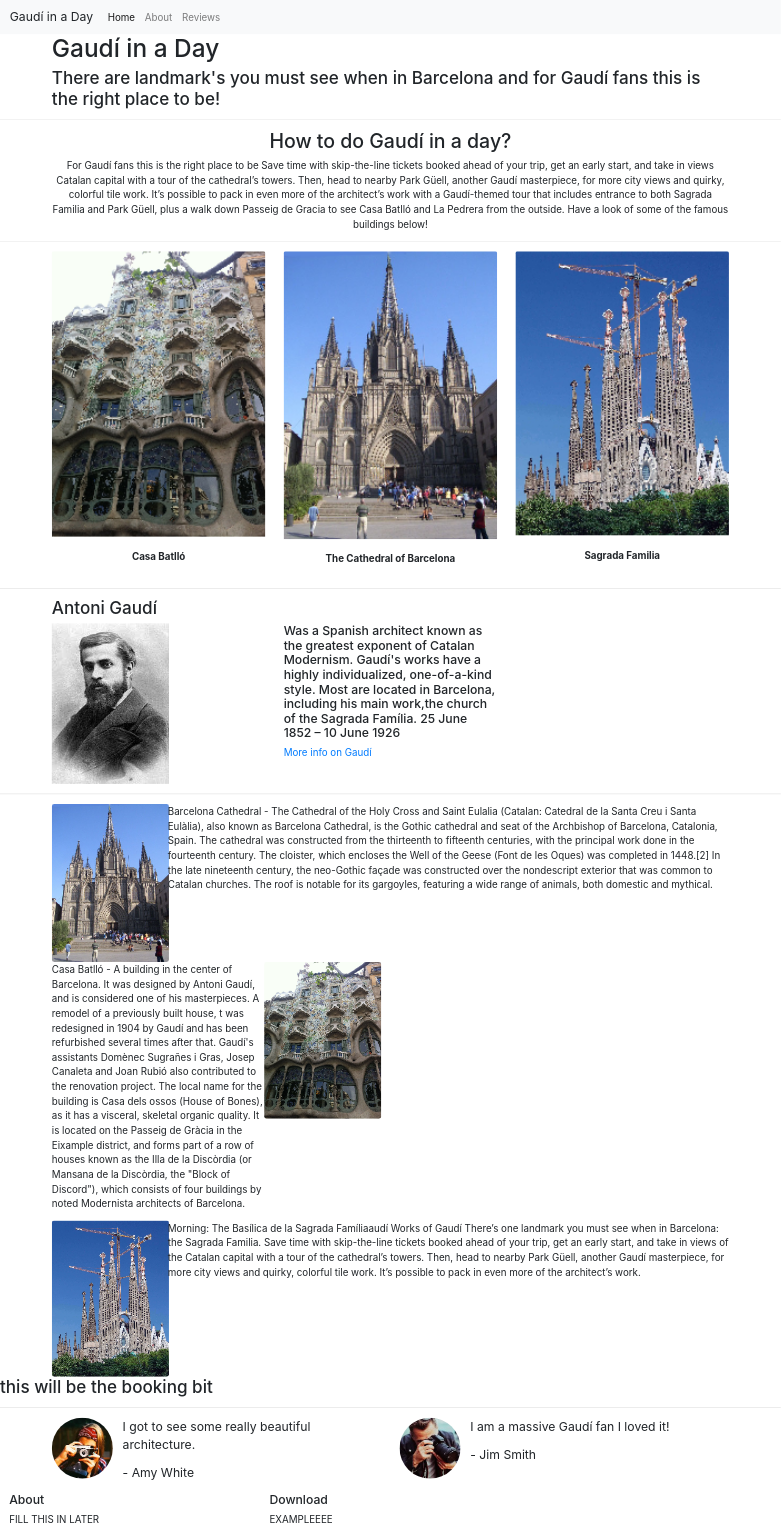
Repository: Taitdanielle/Milestone1
Page: index.html
The author's editor kept a record of every edit. The page is drawn from the files as they stood at one moment, then again after the next edit.
The browser window is 1280 px wide. The pictures show the whole page, at 61% of full size.

Above is the page before.

### index.html
<!DOCTYPE html>
<html lang="en">

<head>
    <title>Gaudí in a day!</title>
    <meta charset="UTF-8">
    <meta name="viewport" content="width=device-width, initial-scale=1.0">
    <meta http-equiv="X-UA-Compatible" content="ie=edge">
    <link href="https://fonts.googleapis.com/css?family=Lato&display=swap" rel="stylesheet">
    <link rel="stylesheet" href="https://stackpath.bootstrapcdn.com/bootstrap/4.3.1/css/bootstrap.min.css" integrity="sha384-ggOyR0iXCbMQv3Xipma34MD+dH/1fQ784/j6cY/iJTQUOhcWr7x9JvoRxT2MZw1T" crossorigin="anonymous">
    <link rel="stylesheet" href="css/style.css" type="text/css" />
</head>

<body>

    <!-- nav -->

    <nav class="navbar navbar-expand-lg navbar-light bg-light">
        <a class="navbar-brand">Gaudí in a Day</a>
        <button class="navbar-toggler" type="button" data-toggle="collapse" data-target="#navbarNavDropdown" aria-controls="navbarNavDropdown" aria-expanded="false" aria-label="Toggle navigation">
    <span class="navbar-toggler-icon"></span>
  </button>
        <div class="collapse navbar-collapse" id="navbarNavDropdown">
            <ul class="navbar-nav">
                <li class="nav-item active">
                    <a class="nav-link" href="#">Home <span class="sr-only">(current)</span></a>
                </li>
                <li class="nav-item">
                    <a class="nav-link" href="#about">About</a>
                </li>
                <li class="nav-item">
                    <a class="nav-link" href="#review">Reviews</a>
                </li>
                </li>
            </ul>
        </div>
    </nav>
    <!-- nav -->

    <div class="container">
        <h1>Gaudí in a Day</h1>
        <h3>There are landmark's you must see when in Barcelona and for Gaudí fans this is the right place to be!</h3>
    </div>

    <hr class="block-divider block-divider--short">

    <div class="container text-center">
        <h2> How to do Gaudí in a day?</h2>
        <p> For Gaudí fans this is the right place to be Save time with skip-the-line tickets booked ahead of your trip, get an early start, and take in views Catalan capital with a tour of the cathedral’s towers. Then, head to nearby Park Güell, another
            Gaudí masterpiece, for more city views and quirky, colorful tile work. It’s possible to pack in even more of the architect’s work with a Gaudí-themed tour that includes entrance to both Sagrada Familia and Park Güell, plus a walk down Passeig
            de Gracia to see Casa Batlló and La Pedrera from the outside. Have a look of some of the famous buildings below! </p>
    </div>
    <hr class="block-divider block-divider--short">
    <!-- image cards -->

    <div class="container">
        <div class="row">
            <div class="col-md-4">
                <div class="card-class">
                    <a href="#card1">
                    <img src="images/gaudi2.jpg" class="card-img-top" alt="Casa Battlo Building"></a>
                    <div class="card-body">
                        <p class="card-text text-center"> <b>Casa Batlló</b></p>
                    </div>
                </div>
            </div>

            <div class="col-md-4">
                <div class="card-class">
                    <a href="#card2">
                    <img src="images/Sta-eulalia.jpg" class="card-img-top" alt="The Cathedral of Barcelona"></a>
                    <div class="card-body">
                        <p class="card-text text-center"> <b>The Cathedral of Barcelona</b></p>
                    </div>
                </div>
            </div>

            <div class="col-md-4">
                <div class="card-class">
                    <a href="#card3">
                    <img src="images/sagrada-familia.jpg" class="card-img-top" alt="sagrada familia"></a>
                    <div class="card-body">
                        <p class="card-text text-center"><b>Sagrada Familia</b>
                        </p>
                    </div>
                </div>
            </div>
        </div>
    </div>
    <!-- Gaudi info -->
    <hr class="block-divider block-divider--short">
    <div class="container">
        <div class="row">
            <div class="col-md-12 title-heading-conatainer">
                <h3>Antoni Gaudí </h3>
            </div>
            <div class="col-md-4" id="about">
                <img src="images/gaudi.jpg">
            </div>
            <div class="col-md-4" "text-center">
                <h5>Was a Spanish architect known as the greatest exponent of Catalan Modernism. Gaudí's works have a highly individualized, one-of-a-kind style. Most are located in Barcelona, including his main work,the church of the Sagrada Família. 25
                    June 1852 – 10 June 1926 </h5>
                <a href="https://en.wikipedia.org/wiki/Antoni_Gaud%C3%AD" target="_blank">More info on Gaudí</a>
            </div>
        </div>
    </div>
    <hr class="block-divider block-divider--short">
    <!-- Gaudi info End -->

    <!-- image info -->

    <div class="container">
        <div class="row">
            <div class="col-md-2">
                <img src="images/Sta-eulalia.jpg" class="rounded float-left" alt="barrigotic building"></a>
            </div>
            <div class="col-md-10" id="card2">
                <p class="par-padding-left">Barcelona Cathedral - The Cathedral of the Holy Cross and Saint Eulalia (Catalan: Catedral de la Santa Creu i Santa Eulàlia), also known as Barcelona Cathedral, is the Gothic cathedral and seat of the Archbishop of Barcelona, Catalonia,
                    Spain. The cathedral was constructed from the thirteenth to fifteenth centuries, with the principal work done in the fourteenth century. The cloister, which encloses the Well of the Geese (Font de les Oques) was completed in 1448.[2]
                    In the late nineteenth century, the neo-Gothic façade was constructed over the nondescript exterior that was common to Catalan churches. The roof is notable for its gargoyles, featuring a wide range of animals, both domestic and mythical.
                </p>
            </div>
        </div>
    </div>

    <div class="container">
        <div class="row">
            <div class="col-md-4">
                <p class="par-padding-right" id="card1"> Casa Batlló - A building in the center of Barcelona. It was designed by Antoni Gaudí, and is considered one of his masterpieces. A remodel of a previously built house, t was redesigned in 1904 by Gaudí and has been refurbished several
                    times after that. Gaudí's assistants Domènec Sugrañes i Gras, Josep Canaleta and Joan Rubió also contributed to the renovation project. The local name for the building is Casa dels ossos (House of Bones), as it has a visceral, skeletal
                    organic quality. It is located on the Passeig de Gràcia in the Eixample district, and forms part of a row of houses known as the Illa de la Discòrdia (or Mansana de la Discòrdia, the "Block of Discord"), which consists of four buildings
                    by noted Modernista architects of Barcelona.</p>
            </div>
            <div class="col-md-2">
                <img src="images/gaudi2.jpg" class="rounded float-right" alt="Building">
            </div>
        </div>
    </div>

    <div class="container">
        <div class="row">
            <div class="col-md-2" id="card3">
                <img src="images/sagrada-familia.jpg" class="rounded float-left" alt=building>
            </div>
            <div class="col-md-10">
                <p class="par-padding-left">Morning: The Basílica de la Sagrada Famíliaaudí Works of Gaudí There’s one landmark you must see when in Barcelona: the Sagrada Familia. Save time with skip-the-line tickets booked ahead of your trip, get an early start, and take in views
                    of the Catalan capital with a tour of the cathedral’s towers. Then, head to nearby Park Güell, another Gaudí masterpiece, for more city views and quirky, colorful tile work. It’s possible to pack in even more of the architect’s work.</p>
            </div>
        </div>
    </div>


    <h3> this will be the booking bit</h3>
    <!-- Reviews -->

    </section>
    </div>
    </div>
    <!-- /.callout -->
    </div>
    <hr class="block-divider block-divider--short">
    <!-- Quotes -->
    <div class="container-wrapper">
        <div class="container quotes-container content-container">
            <section class="quotes">
                <div class="row">
                    <div class="col-12 page-header">
                    </div>
                </div>
                <div class="row">
                    <div class="col-12 col-md-6" id="review">
                        <div class="media">
                            <div class="d-none d-sm-block">
                                <img src="images/girl.jpg" class="rounded-circle mr-3" height=100 width=100>
                            </div>
                            <div class="media-body">
                                <blockquote class="blockquote">
                                    <p>I got to see some really beautiful architecture.</p>
                                    <p>- Amy White</p>
                                </blockquote>
                            </div>
                        </div>
                    </div>
                    <div class="col-12 col-md-6" id="review">
                        <div class="media">
                            <div class="d-none d-sm-block">
                                <img src="images/man.jpg" class="rounded-circle mr-3" height=100 width=100>
                            </div>
                            <div class="media-body">
                                <blockquote class="blockquote">
                                    <p>I am a massive Gaudí fan I loved it!</p>
                                    <p>- Jim Smith</p>
                                </blockquote>
                            </div>
                        </div>
                    </div>
                </div>
        </div>
    </div>
    </section>

    <!-- Reviews end -->

    <!-- footer -->

    <footer class="container-fluid">
        <div id="footer-details" class="row">
            <div class="col-sm-4">
                <h5 class="uppercase general-sub">About</h5>
                <p class="inline-block">
                    FILL THIS IN LATER
                </p>
            </div>
            <div class="col-sm-4">
                <h5 class="uppercase general-sub">Download</h5>
                <p class="inline-block">
                    EXAMPLEEEE
                    <a href="assets/cv/sample-cv.pdf" target="_blank" class="cv-pdf">
                        <i class="fa fa-download" aria-hidden="true"></i>
                        <span class="sr-only">Download link.</span>
                    </a>
                </p>
            </div>
            </a>
            </li>
            </ul>
        </div>
        </div>
    </footer>
</body>

</html>

### css/style.css
container {
    background-color: #FBEAFF;
}

After the next edit:
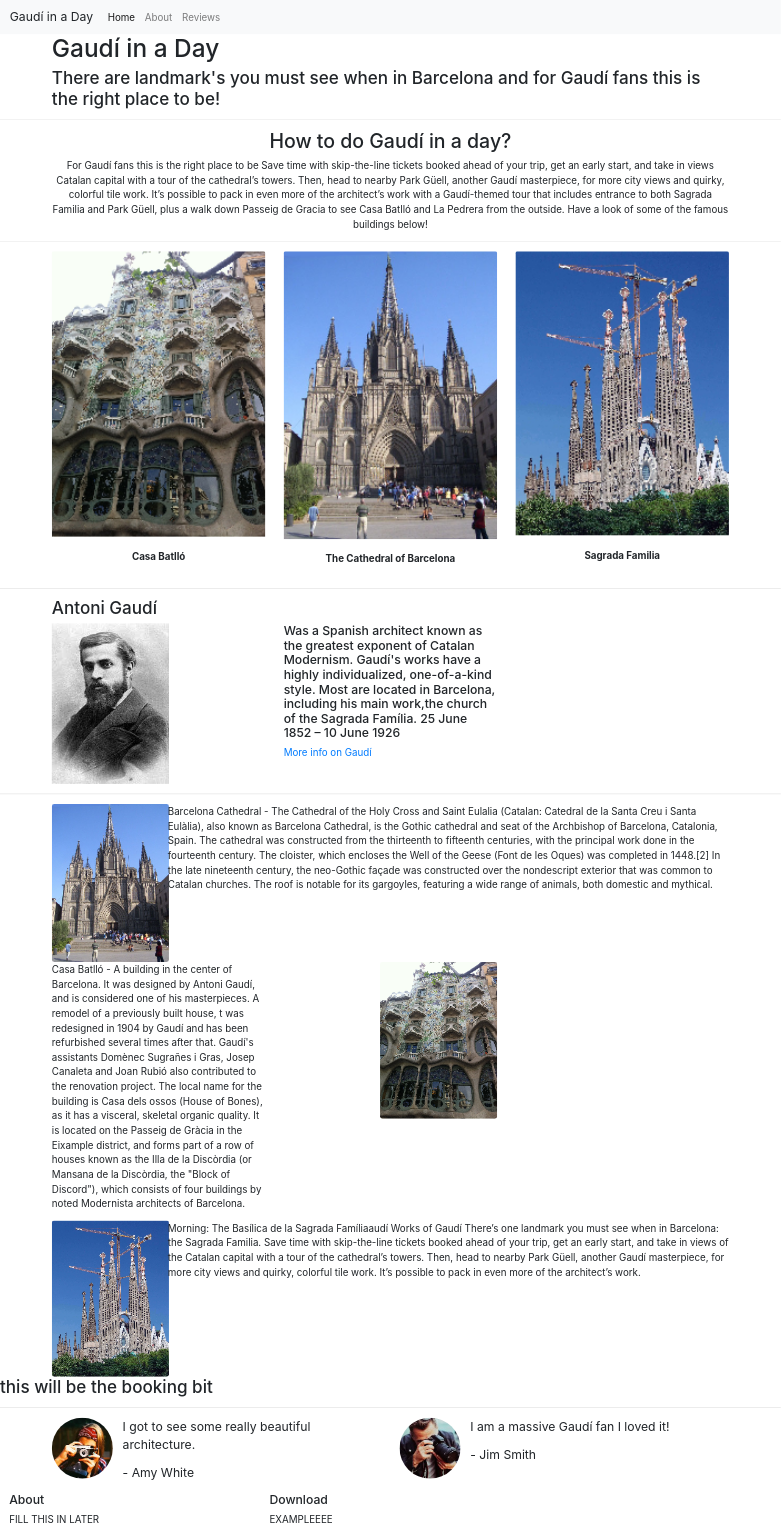
The edit:
--- a/index.html
+++ b/index.html
@@ -131,7 +131,7 @@
                     organic quality. It is located on the Passeig de Gràcia in the Eixample district, and forms part of a row of houses known as the Illa de la Discòrdia (or Mansana de la Discòrdia, the "Block of Discord"), which consists of four buildings
                     by noted Modernista architects of Barcelona.</p>
             </div>
-            <div class="col-md-2">
+            <div class="col-md-4">
                 <img src="images/gaudi2.jpg" class="rounded float-right" alt="Building">
             </div>
         </div>
